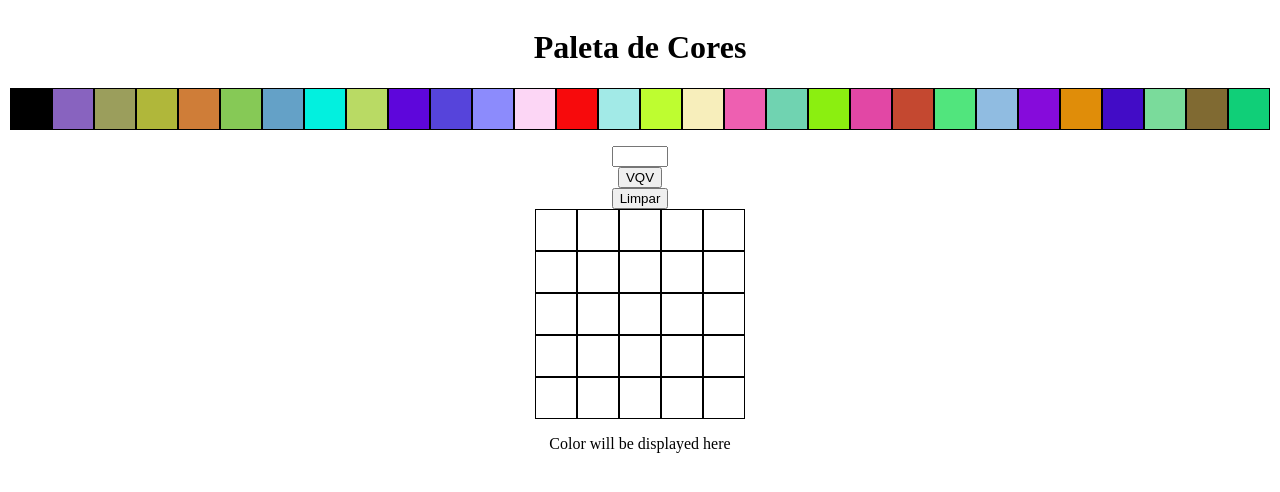
Repository: MuriloColleti/project-Pixer-Art
Page: index.html
An editor plug-in stored every save of this project. The page is shown before and after the next save, followed by the edit.
The browser window is 1280 px wide. The pictures show the whole page.

Above is the page before, as saved 2024-02-16 15:22:15.

After the next save:
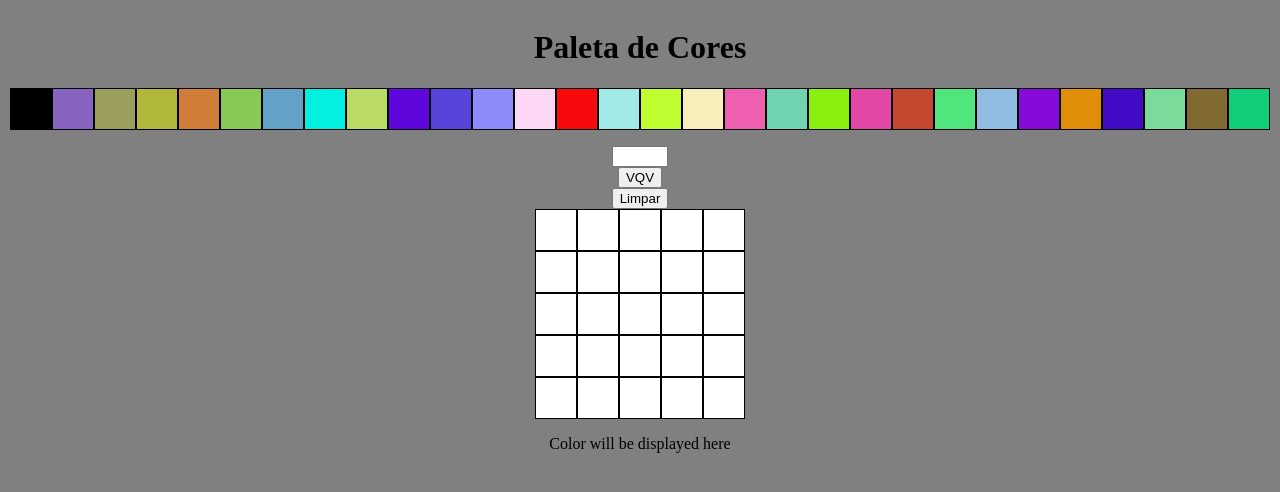
Saved 16 s later.
--- a/style.css
+++ b/style.css
@@ -49,4 +49,5 @@ body {
   align-items: center;
   flex-direction: column;
   justify-content: center;
+  background-color: gray;
 }
